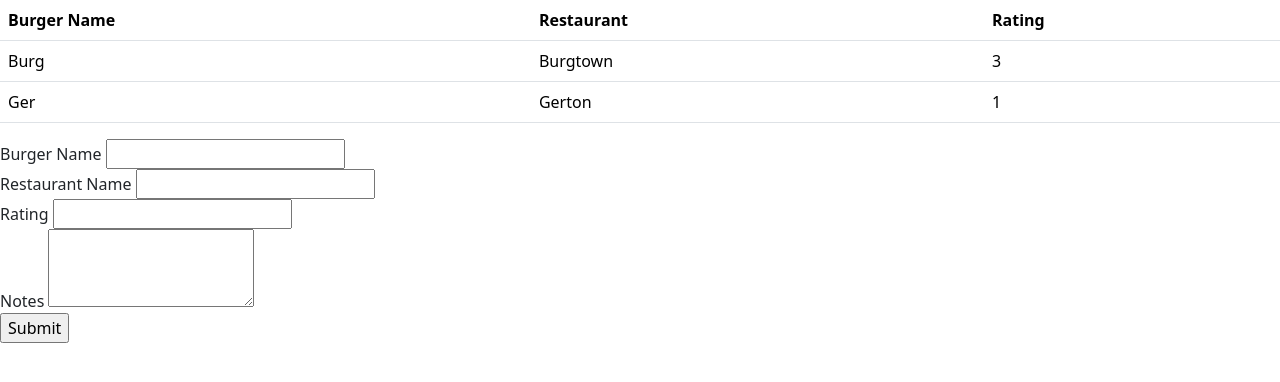
Repository: Hokusai12/Java_Dojo
Page: http://localhost/burgertracker/WEB-INF/index.jsp
These files come from the project's save history. The page is drawn as it stood at one moment and after the next save; the edit follows.
The browser window is 1280 px wide. The pictures show the whole page.
The page is served by Tomcat 9. Nobody is signed in. Other server files are loaded and not shown. The template is opened directly, without the code that normally fills it, so the values that code supplies are empty.

Above is the page before, as saved 2023-03-05 18:19:05.

### Spring/MVC/burgertracker/src/main/webapp/WEB-INF/index.jsp
<%@ page language="java" contentType="text/html; charset=ISO-8859-1"
    pageEncoding="ISO-8859-1"%>
<%@ taglib prefix="c" uri="http://java.sun.com/jsp/jstl/core" %>
<!DOCTYPE html>
<html>
<head>
<meta charset="ISO-8859-1">
<link href="https://cdn.jsdelivr.net/npm/bootstrap@5.3.0-alpha1/dist/css/bootstrap.min.css" rel="stylesheet" integrity="sha384-GLhlTQ8iRABdZLl6O3oVMWSktQOp6b7In1Zl3/Jr59b6EGGoI1aFkw7cmDA6j6gD" crossorigin="anonymous">
<title>Burgerator</title>
</head>
<body>
	<table class="table">
		<thead>
			<tr>
				<th>Burger Name</th>
				<th>Restaurant</th>
				<th>Rating</th>
			</tr>
		</thead>
		<tbody>
			<tr>
				<td>Burg</td>
				<td>Burgtown</td>
				<td>3</td>
			</tr>
			<tr>
				<td>Ger</td>
				<td>Gerton</td>
				<td>1</td>
			</tr>
		</tbody>
	</table>
	<form action="">
		<div>
			<label for="name">Burger Name</label>
			<input type="text" name="name"/>
		</div>
		<div>
			<label for="restaurant">Restaurant Name</label>
			<input type="text" name="restaurant"/>
		</div>
		<div>
			<label for="rating">Rating</label>
			<input type="text" name="rating"/>
		</div>
		<div>
			<label for="notes">Notes</label>
			<textarea name="notes" id="notes" cols="20" rows="3"></textarea>
		</div>
		<input type="submit" value="Submit"/>
	</form>
</body>
</html>

After the next save:
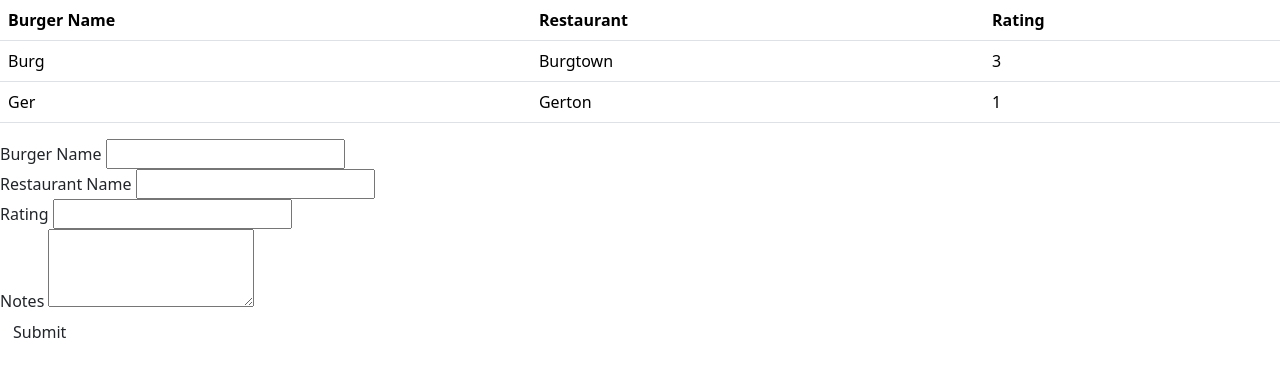
Saved 24 s later.
--- a/Spring/MVC/burgertracker/src/main/webapp/WEB-INF/index.jsp
+++ b/Spring/MVC/burgertracker/src/main/webapp/WEB-INF/index.jsp
@@ -47,7 +47,7 @@
 			<label for="notes">Notes</label>
 			<textarea name="notes" id="notes" cols="20" rows="3"></textarea>
 		</div>
-		<input type="submit" value="Submit"/>
+		<input class="btn" type="submit" value="Submit"/>
 	</form>
 </body>
 </html>
